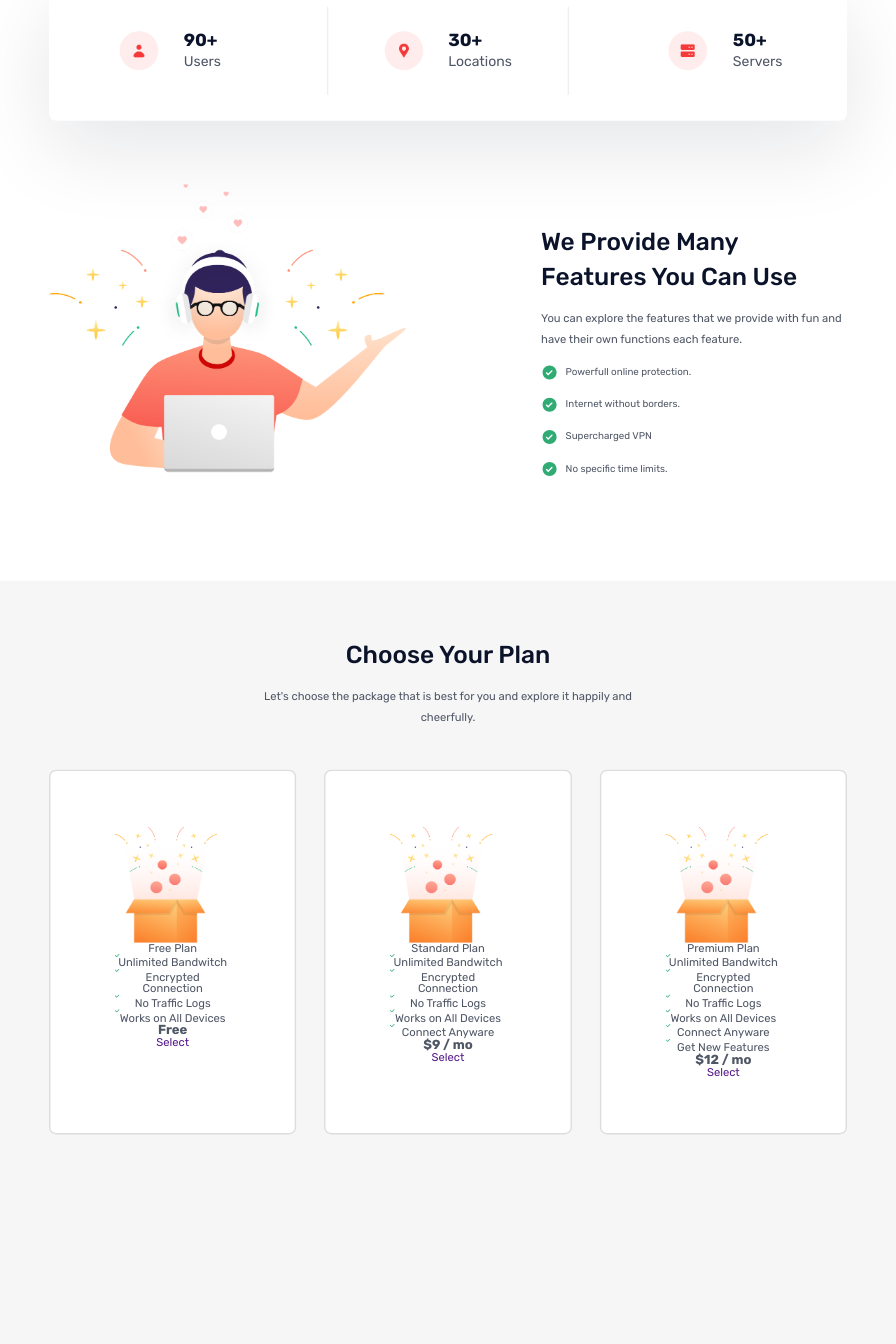
Repository: thefellowshiplotr/lasles_recode
Page: index.html
An editor plug-in stored every save of this project. The page is shown before and after the next save, followed by the edit.
The browser window is 1280 px wide. The pictures show the part of the page from y = 662 to 2582 px (the page is 2582 px tall), at 70% of full size.
The style sheet was rebuilt from its Sass, Less or Tailwind sources for each picture, by a compiler version that may differ from the author's.

Above is the page before, as saved 2022-10-28 16:11:49.

### index.html
<!DOCTYPE html>
<html lang="en">
  <head>
    <meta charset="UTF-8" />
    <meta http-equiv="X-UA-Compatible" content="IE=edge" />
    <meta name="viewport" content="width=device-width, initial-scale=1.0" />
    <title>Lasles Vpn</title>
    <link rel="preconnect" href="https://fonts.googleapis.com" />
    <link rel="preconnect" href="https://fonts.gstatic.com" crossorigin />
    <link
      href="https://fonts.googleapis.com/css2?family=Rubik:wght@400;500;700&display=swap"
      rel="stylesheet"
    />
    <link rel="stylesheet" href="./css/app.css" />
  </head>
  <body>
    <div class="wrapper">
      <header class="header">
        <div class="container">
          <div class="header-container">
            <img srcset="./img/logo.png 2x" alt="" class="header-logo" />
            <ul class="menu">
              <li class="menu-item">
                <a href="#" class="menu-link">About</a>
              </li>
              <li class="menu-item">
                <a href="#" class="menu-link">Features</a>
              </li>
              <li class="menu-item">
                <a href="#" class="menu-link">Pricing</a>
              </li>
              <li class="menu-item">
                <a href="#" class="menu-link">Testimonials</a>
              </li>
              <li class="menu-item">
                <a href="#" class="menu-link">Help</a>
              </li>
            </ul>
            <div class="header-auth">
              <a href="#" class="header-signin">Sign In</a>
              <a href="#" class="header-signup">Sign Up</a>
            </div>
          </div>
        </div>
      </header>
    </div>
    <div class="wrapper">
      <section class="hero">
        <div class="container">
          <div class="hero-container">
            <div class="hero-content">
              <h1 class="hero-heading">
                Want anything to be easy with
                <strong class="hero-laslesvpn">LaslesVPN.</strong>
              </h1>
              <p class="hero-desc">
                Provide a network for all your needs with ease and fun using
                <strong class="hero-laslesvpn2">LaslesVPN</strong> discover
                interesting features from us.
              </p>
            </div>
            <div class="hero-btn">
              <a href="" class="button button-primary">Get Started</a>
            </div>
            <div class="hero-img">
              <img srcset="./img/hero-image.png 2x" alt="" />
            </div>
          </div>
        </div>
      </section>
    </div>
    <div class="wrapper">
      <section class="intro">
        <div class="container">
          <div class="intro-container">
            <div class="intro-item">
              <div class="intro-icon">
                <img srcset="./img/user.png 2x" alt="" />
              </div>
              <div class="intro-info">
                <div class="intro-title">90+</div>
                <p class="intro-text">Users</p>
              </div>
            </div>
            <div class="intro-item">
              <div class="intro-icon">
                <img srcset="./img/location.png 2x" alt="" />
              </div>
              <div class="intro-info">
                <div class="intro-title">30+</div>
                <p class="intro-text">Locations</p>
              </div>
            </div>
            <div class="intro-item">
              <div class="intro-icon">
                <img srcset="./img/server.png 2x" alt="" />
              </div>
              <div class="intro-info">
                <div class="intro-title">50+</div>
                <p class="intro-text">Servers</p>
              </div>
            </div>
          </div>
        </div>
      </section>
    </div>
    <div class="wrapper">
      <section class="feature">
        <div class="container">
          <div class="feature-container">
            <img
              srcset="./img/feature-image.png 2x"
              alt=""
              class="feature-img"
            />
            <div class="feature-content">
              <h2 class="feature-heading">
                We Provide Many Features You Can Use
              </h2>
              <p class="feature-desc">
                You can explore the features that we provide with fun and have
                their own functions each feature.
              </p>
              <div class="feature-list">
                <div class="feature-item">
                  <img src="./img/icon-check.svg" alt="" />
                  <span>Powerfull online protection.</span>
                </div>
                <div class="feature-item">
                  <img src="./img/icon-check.svg" alt="" />
                  <span>Internet without borders.</span>
                </div>
                <div class="feature-item">
                  <img src="./img/icon-check.svg" alt="" />
                  <span>Supercharged VPN</span>
                </div>
                <div class="feature-item">
                  <img src="./img/icon-check.svg" alt="" />
                  <span>No specific time limits.</span>
                </div>
              </div>
            </div>
          </div>
        </div>
      </section>
    </div>
    <div class="wrapper background-plan">
      <section class="plan">
        <div class="container">
          <div class="plan-container">
            <div class="plan-header">
              <h2 class="plan-heading">Choose Your Plan</h2>
              <p class="plan-desc">
                Let's choose the package that is best for you and explore it
                happily and cheerfully.
              </p>
            </div>
            <div class="plan-list">
              <div class="plan-item">
                <div class="plan-img">
                  <img srcset="./img/plan.png 2x" alt="" />
                </div>
                <div class="plan-title">Free Plan</div>
                <div class="plan-details">
                  <div class="plan-info">
                    <img
                      srcset="./img/icon-check-line.svg 2x"
                      alt=""
                      class="plan-icon"
                    />
                    <span>Unlimited Bandwitch</span>
                  </div>
                  <div class="plan-info">
                    <img
                      srcset="./img/icon-check-line.svg 2x"
                      alt=""
                      class="plan-icon"
                    />
                    <span>Encrypted Connection</span>
                  </div>
                  <div class="plan-info">
                    <img
                      srcset="./img/icon-check-line.svg 2x"
                      alt=""
                      class="plan-icon"
                    />
                    <span>No Traffic Logs</span>
                  </div>
                  <div class="plan-info">
                    <img
                      srcset="./img/icon-check-line.svg 2x"
                      alt=""
                      class="plan-icon"
                    />
                    <span>Works on All Devices</span>
                  </div>
                </div>
                <h3 class="plan-price">Free</h3>
                <a href="" class="button button-rounded">Select</a>
              </div>
              <div class="plan-item">
                <div class="plan-img">
                  <img srcset="./img/plan.png 2x" alt="" />
                </div>
                <div class="plan-title">Standard Plan</div>
                <div class="plan-details">
                  <div class="plan-info">
                    <img
                      srcset="./img/icon-check-line.svg 2x"
                      alt=""
                      class="plan-icon"
                    />
                    <span>Unlimited Bandwitch</span>
                  </div>
                  <div class="plan-info">
                    <img
                      srcset="./img/icon-check-line.svg 2x"
                      alt=""
                      class="plan-icon"
                    />
                    <span>Encrypted Connection</span>
                  </div>
                  <div class="plan-info">
                    <img
                      srcset="./img/icon-check-line.svg 2x"
                      alt=""
                      class="plan-icon"
                    />
                    <span>No Traffic Logs</span>
                  </div>
                  <div class="plan-info">
                    <img
                      srcset="./img/icon-check-line.svg 2x"
                      alt=""
                      class="plan-icon"
                    />
                    <span>Works on All Devices</span>
                  </div>
                  <div class="plan-info">
                    <img
                      srcset="./img/icon-check-line.svg 2x"
                      alt=""
                      class="plan-icon"
                    />
                    <span>Connect Anyware</span>
                  </div>
                </div>
                <h3 class="plan-price">$9 / mo</h3>
                <a href="" class="button button-rounded">Select</a>
              </div>
              <div class="plan-item">
                <div class="plan-img">
                  <img srcset="./img/plan.png 2x" alt="" />
                </div>
                <div class="plan-title">Premium Plan</div>
                <div class="plan-details">
                  <div class="plan-info">
                    <img
                      srcset="./img/icon-check-line.svg 2x"
                      alt=""
                      class="plan-icon"
                    />
                    <span>Unlimited Bandwitch</span>
                  </div>
                  <div class="plan-info">
                    <img
                      srcset="./img/icon-check-line.svg 2x"
                      alt=""
                      class="plan-icon"
                    />
                    <span>Encrypted Connection</span>
                  </div>
                  <div class="plan-info">
                    <img
                      srcset="./img/icon-check-line.svg 2x"
                      alt=""
                      class="plan-icon"
                    />
                    <span>No Traffic Logs</span>
                  </div>
                  <div class="plan-info">
                    <img
                      srcset="./img/icon-check-line.svg 2x"
                      alt=""
                      class="plan-icon"
                    />
                    <span>Works on All Devices</span>
                  </div>
                  <div class="plan-info">
                    <img
                      srcset="./img/icon-check-line.svg 2x"
                      alt=""
                      class="plan-icon"
                    />
                    <span>Connect Anyware</span>
                  </div>
                  <div class="plan-info">
                    <img
                      srcset="./img/icon-check-line.svg 2x"
                      alt=""
                      class="plan-icon"
                    />
                    <span>Get New Features</span>
                  </div>
                </div>
                <h3 class="plan-price">$12 / mo</h3>
                <a href="" class="button button-rounded">Select</a>
              </div>
            </div>
          </div>
        </div>
      </section>
    </div>
  </body>
</html>

### sass/app.scss
@import "reset";
@import "variables";
@import "global";
@import "header";
@import "menu";
@import "hero";
@import "intro";
@import "feature";
@import "plan";

### sass/_variables.scss
$font: "Rubik", sans-serif;
$text-color: #4f5665;
$heading-color: #0b132a;
$primary-color: #f53838;
$secondary-color: #f53855;
$gray-color: #f6f6f6;
$gray-light-color: #f8f8f8;
$gray-lighter-color: #afb5c0;

### sass/_global.scss
.wrapper {
  max-width: 1440px;
  margin: 0 auto;
}

.container {
  max-width: 1170px;
  margin: 0 auto;
  padding: 0 15px;
}

body {
  line-height: 1;
  font-family: $font;
  color: $text-color;
  font-weight: 400;
}

.button {
  &-primary {
    color: #fff;
    padding: 17px 77px;
    border: none;
    background-color: $primary-color;
    border: 1px solid;
    border-radius: 10px;
    white-space: nowrap;
  }
}
.background-plan {
  background-color: $gray-color;
}

### sass/_header.scss
.header {
  padding-top: 30px;
  padding-bottom: 90px;
  &-container {
    display: flex;
    justify-content: space-between;
    align-items: center;
  }
  &-auth {
    display: flex;
    align-items: center;
    gap: 0 30px;
  }
  &-signin {
    color: $heading-color;
    font-weight: 500;
    font-size: 16px;
    line-height: calc(18.96 / 16);
  }
  &-signup {
    color: $secondary-color;
    font-weight: 500;
    font-size: 16px;
    line-height: calc(18.96 / 16);
    padding: 13px 45px;
    border: 1px solid $secondary-color;
    border-radius: 50px;
    // border-radius: 100rem;
  }
}

### sass/_menu.scss
.menu {
  list-style: none;
  display: flex;
  align-items: center;
  gap: 0 40px;
  &-link {
    color: inherit;
    font-size: 16px;
    line-height: calc(18.96 / 16);
  }
}

### sass/_hero.scss
.hero {
  padding-bottom: 100px;
  &-container {
    display: flex;
    justify-content: space-between;
    align-items: center;
    position: relative;
    gap: 0 40px;
    align-items: center;
  }
  &-content {
    width: 100%;
    max-width: 555px;
    display: flex;
    align-items: center;
    flex-direction: column;
    align-content: center;
  }
  &-img {
    position: absolute;
    top: 50%;
    transform: translate(40px, -40%);
    right: 0;
  }
  &-heading {
    color: $heading-color;
    font-weight: 500;
    font-size: 50px;
    line-height: calc(70 / 50);
    margin-bottom: 20px;
  }
  &-desc {
    font-weight: 400;
    font-size: 16px;
    line-height: calc(30 / 16);
    margin-bottom: 50px;
  }
  &-laslesvpn {
    font-weight: 700;
    font-size: 50px;
    line-height: calc(70 / 50);
  }
  &-btn {
    font-weight: 700;
    font-size: 16px;
    line-height: calc(25 / 16);
    position: absolute;
    left: 0;
    bottom: -55px;
    box-shadow: 0 37px 54px 0px $primary-color;
  }
}

### sass/_intro.scss
.intro {
  padding: 57px 0;
  margin-top: 40px;
  &-container {
    background: #ffffff;
    padding: 37px 0;
    border-radius: 10px;
    box-shadow: 0 42px 114px 0 rgb(13 16 37 / 10%);
    display: grid;
    grid-template-columns: repeat(3, minmax(0, 1fr));
    grid-gap: 0 50px;
    min-height: 200px;
  }
  &-item {
    display: flex;
    align-items: center;
    justify-content: center;
    gap: 0 36.5px;
  }
  &-item:nth-child(2) {
    border-left: 2px solid #eeeff2;
    border-right: 2px solid #eeeff2;
  }
  &-title {
    color: $heading-color;
    font-weight: 700;
    font-size: 25px;
    line-height: calc(30 / 25);
  }
  &-text {
    color: $text-color;
    font-weight: 400;
    font-size: 20px;
    line-height: calc(30 / 20);
  }
}

### sass/_feature.scss
.feature {
  padding-bottom: 126px;
  &-container {
    display: flex;
    justify-content: space-between;
    align-items: center;
  }
  &-content {
    margin-top: 90px;
  }
  &-heading {
    width: 383px;
    color: $heading-color;
    font-weight: 500;
    font-size: 35px;
    line-height: calc(50 / 35);
    margin-bottom: 20px;
  }
  &-desc {
    width: 437px;
    font-weight: 400;
    font-size: 16px;
    line-height: calc(30 / 16);
    margin-bottom: 20px;
  }
  &-item {
    display: flex;
    justify-content: flex-start;
    align-items: center;
    gap: 0 10px;
    font-size: 14px;
    margin-bottom: 21px;
  }
}

### sass/_plan.scss
.plan {
  padding-bottom: 150px;
  &-container {
    display: flex;
    align-items: center;
    justify-content: center;
    text-align: center;
    flex-direction: column;
  }
  &-header {
    margin-top: 80px;
  }
  &-heading {
    color: $heading-color;
    font-weight: 500;
    font-size: 35px;
    line-height: calc(50 / 35);
    margin-bottom: 20px;
  }
  &-desc {
    width: 555px;
    font-weight: 40;
    font-size: 16px;
    line-height: calc(30 / 16);
  }
  &-list {
    margin-top: 60px;
    display: grid;
    grid-template-columns: repeat(3, 1fr);
    grid-gap: 0 40px;
    margin-bottom: 150px;
  }
  &-item {
    background-color: #fff;
    border: 2px solid #dddddd;
    border-radius: 10px;
    padding: 79px 92px;
  }
}

Loaded but not shown: sass/_reset.scss (common file)

After the next save:
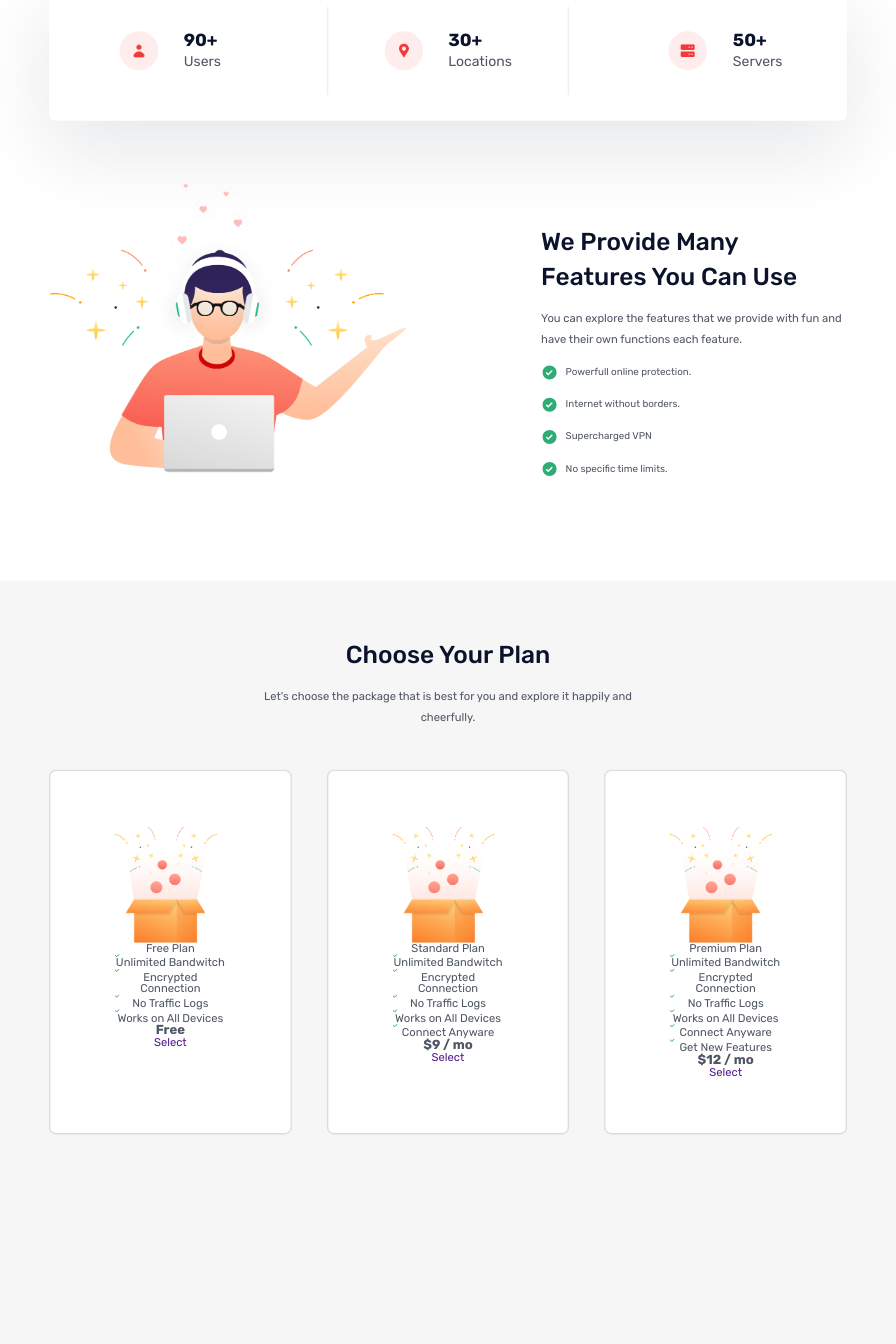
Saved 42 s later.
--- a/sass/_plan.scss
+++ b/sass/_plan.scss
@@ -27,7 +27,7 @@
     margin-top: 60px;
     display: grid;
     grid-template-columns: repeat(3, 1fr);
-    grid-gap: 0 40px;
+    grid-gap: 0 50px;
     margin-bottom: 150px;
   }
   &-item {
